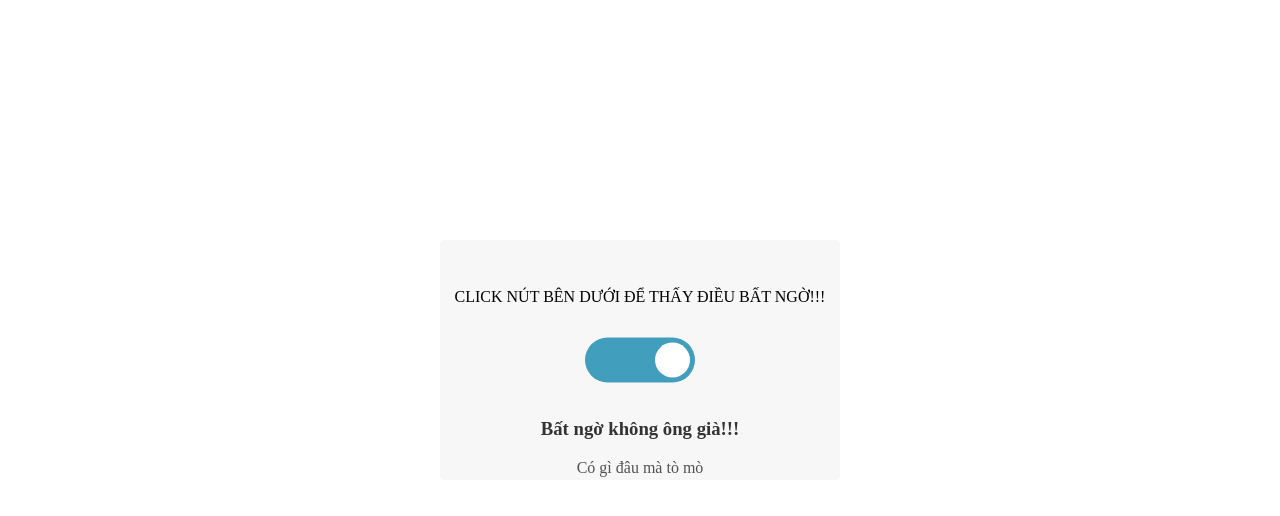
Repository: haokiet2501/troll-my-react
Page: /, after clicking the first element matching `div.toggle-center`
These files come from the project's save history. The page is drawn as it stood at one moment and after a run of saves; the edit follows.
The browser window is 1280 px wide. The pictures show the whole page.
The project was rebuilt for these pictures with package versions that can differ from the ones it lists, and the page was loaded fresh each time.

Above is the page before, as saved 2022-07-30 23:18:21.

After the next 3 saves:
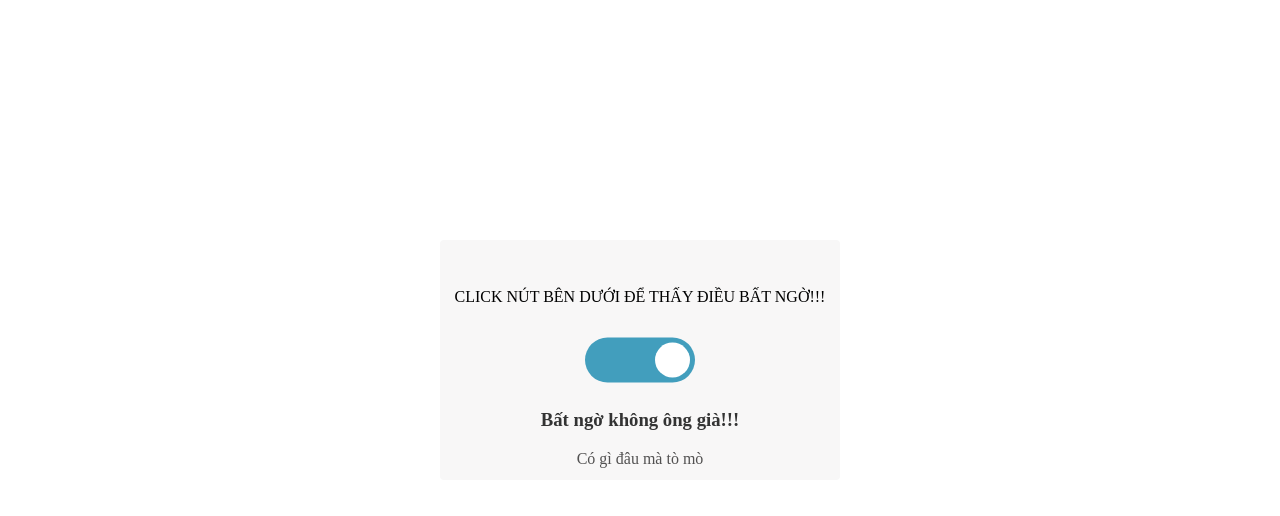
The 3 saves are shown as one change because they came seconds apart.
The last was saved 8 s later.
--- a/src/components/Todo.jsx
+++ b/src/components/Todo.jsx
@@ -6,6 +6,7 @@ const Todo = () => {
         <div className='todo-center'>
             <h3>Bất ngờ không ông già!!!</h3>
             <p>Có gì đâu mà tò mò</p>
+            <img src="" alt="" />
         </div>
     )
 }
